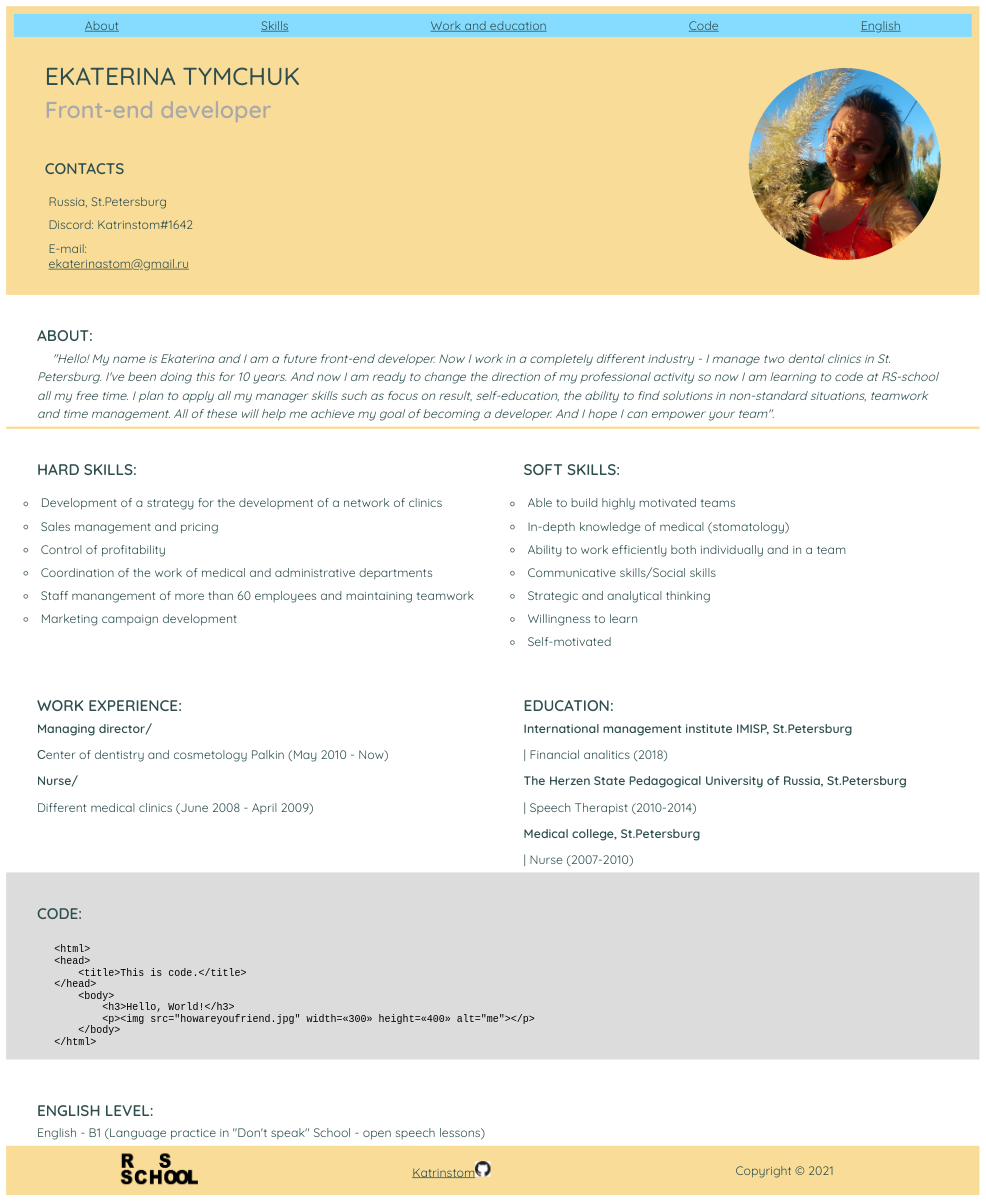
Repository: Katrinstom/rsschool-cv
Page: index.html
An editor plug-in stored every save of this project. The page is shown before and after the next save, followed by the edit.
The browser window is 1280 px wide. The pictures show the whole page, at 77% of full size.

Above is the page before, as saved 2022-01-02 22:35:07.

After the next save:
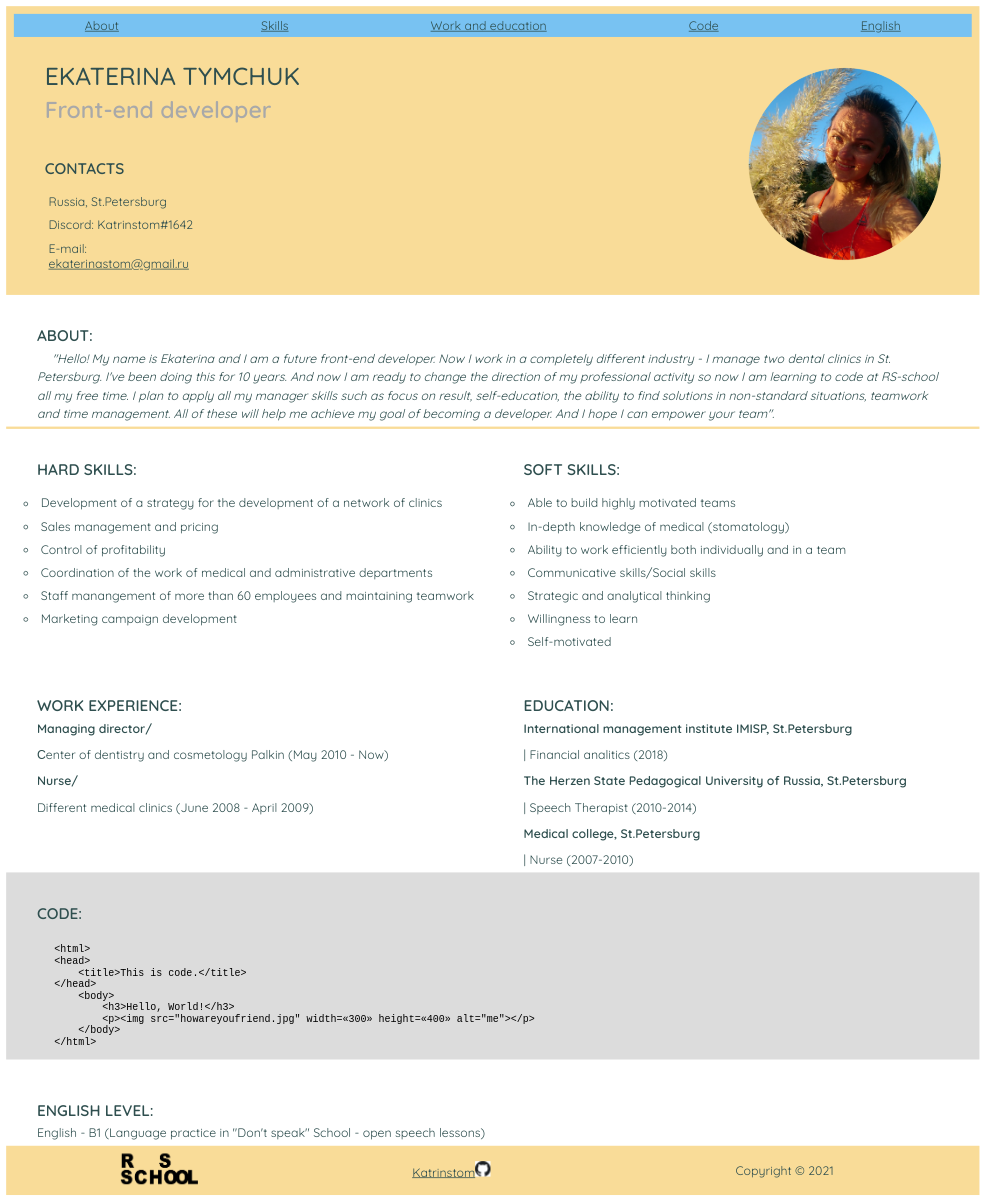
Saved 58 s later.
--- a/style.css
+++ b/style.css
@@ -23,7 +23,7 @@ main {
     align-items: center;
     padding: 0;
     margin: 0;
-    background-color: #85dcff;
+    background-color: #78c2f2;
     ;
 }
 .nav-item {
